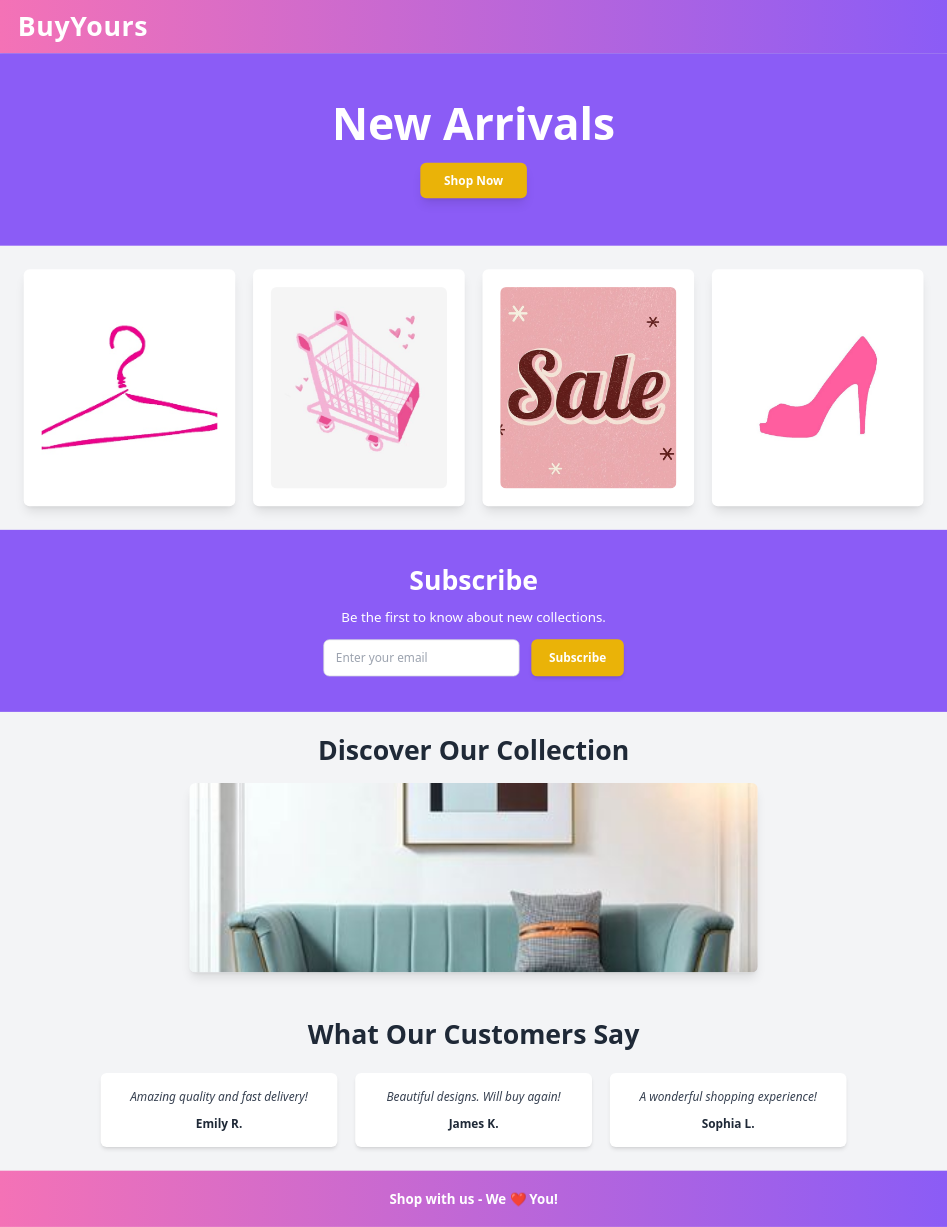
Repository: prathyushaa5/BuyYours
Page: / (app in Frontend/)
An editor plug-in stored every save of this project. The page is shown before and after the next save, followed by the edit.
The browser window is 1280 px wide. The pictures show the whole page, at 74% of full size.
The project was rebuilt for these pictures with package versions that can differ from the ones it lists, and the page was loaded fresh each time. Also part of the build but not shown: Frontend/vite.config.js, Frontend/src/components/Login.jsx, Frontend/src/components/Signup.jsx, Frontend/src/components/Home.jsx.

Above is the page before, as saved 2025-02-14 02:15:11.

After the next save:
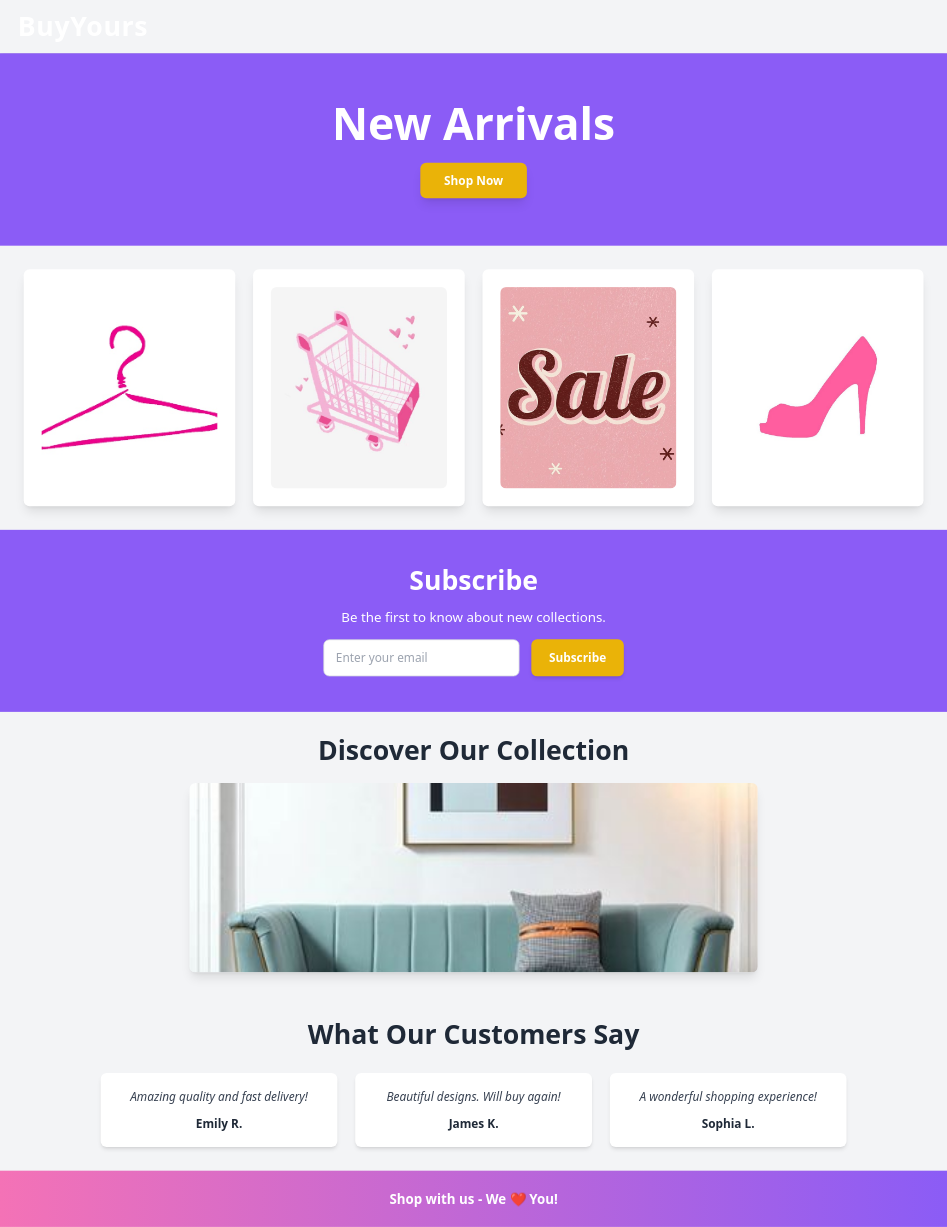
Saved 69 min 22 s later.
--- a/Frontend/src/components/Main.jsx
+++ b/Frontend/src/components/Main.jsx
@@ -30,7 +30,8 @@ export default function MainPage() {
   return (
     <div className="bg-gray-100 min-h-screen text-gray-800">
       {/* Navbar */}
-      <nav className="bg-gradient-to-r from-pink-400 to-violet-500 py-4 px-6 flex justify-between items-center shadow-md">
+      <nav className="bg-gradient-to-r from-brown-600 to-brown-400
+ py-4 px-6 flex justify-between items-center shadow-md">
         <h1 className="text-4xl font-extrabold text-white tracking-wide">BuyYours</h1>
       </nav>
 
